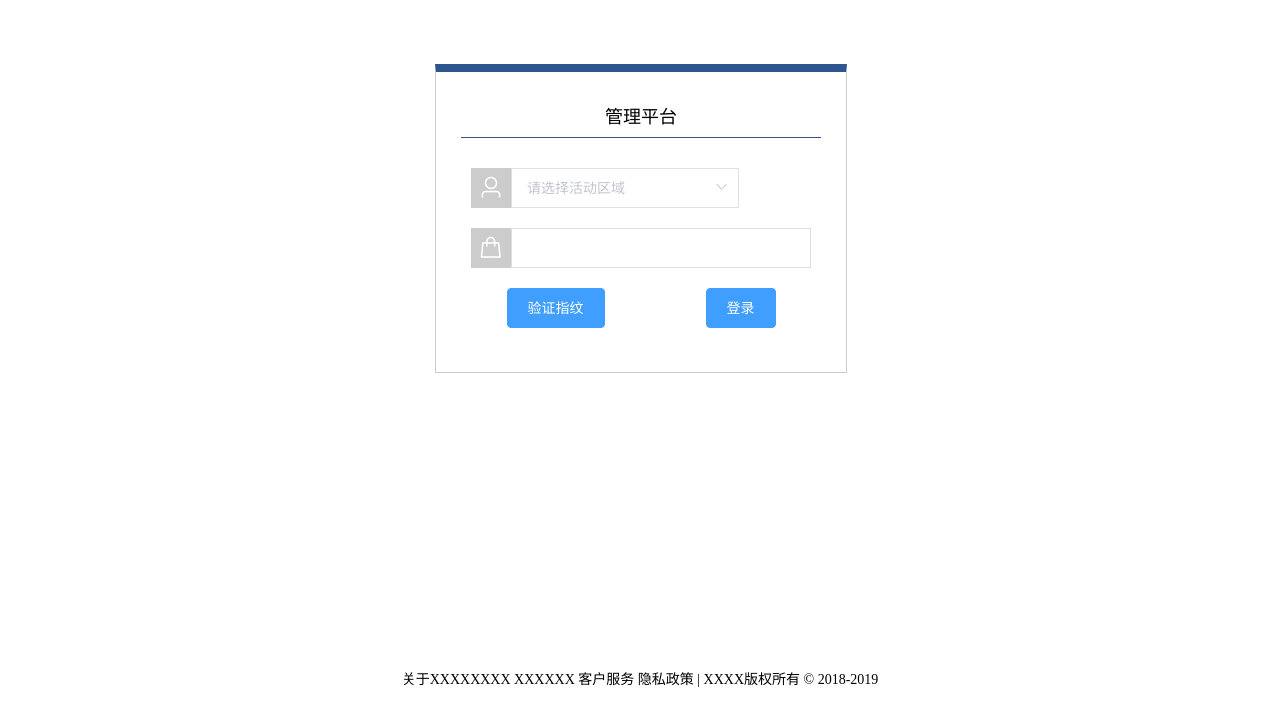
Repository: lff528/man_system
Page: /
The author's editor kept a copy of each file at every save. The page is drawn from the files as they stood at one save, then again after a run of saves.
The browser window is 1280 px wide. The pictures show the whole page.
The project was rebuilt for these pictures with package versions that can differ from the ones it lists, and the page was loaded fresh each time.

Above is the page before, as saved 2020-01-03 13:42:38.

### index.html
<!DOCTYPE html>
<html>
  <head>
    <meta charset="utf-8">
    <meta name="viewport" content="width=device-width,initial-scale=1.0">
    <title>emcsWebUI</title>
  </head>
  <body>
    <div id="app"></div>
    <!-- built files will be auto injected -->
  </body>
</html>

### src/main.js
// The Vue build version to load with the `import` command
// (runtime-only or standalone) has been set in webpack.base.conf with an alias.
import Vue from 'vue'
import App from './App'
import router from './router'
import ElementUI from 'element-ui';
import 'element-ui/lib/theme-chalk/index.css';
import "./assets/css/reset.css";
// import "./assets/css/iconfont.css"
Vue.use(ElementUI);
Vue.config.productionTip = false

/* eslint-disable no-new */
new Vue({
  el: '#app',
  router,
  components: { App },
  template: '<App/>'
})

### src/router/index.js
import Vue from 'vue'
import Router from 'vue-router'
import login from '@/components/login'
import routers from "../until/router"


Vue.use(Router)

let routerAll = {
  routes: [
    {
      path: '/',
      name: 'login',
      component: login
    },
    {
      path: '/main',
      name: 'main',
      component: resolve => require(['@/view/main'], resolve),
      children:[{
        path: '/',
        name: 'shouye',
        component: resolve => require(['@/view/main/shouye'], resolve),
      },
      {
        path: '/quanzhanzonglan',
        name: 'quanzhanzonglan',
        component: resolve => require(['@/view/footerNav/quanzhanzonglan'], resolve),
      },
      {
        path: '/quanzhanbaowen',
        name: 'quanzhanbaowen',
        component: resolve => require(['@/view/footerNav/quanzhanbaowen'], resolve),
      },
      {
        path: '/yuexianxinxi',
        name: 'yuexianxinxi',
        component: resolve => require(['@/view/footerNav/yuexianxinxi'], resolve),
      },
      {
        path: '/yichangshebei',
        name: 'yichangshebei',
        component: resolve => require(['@/view/footerNav/yichangshebei'], resolve),
      },
    ]
    }
  ]
}
routers.forEach((item=>{
  if(item.children){


  item.children.forEach((itemA)=>{
    routerAll.routes[1].children.push({
      path: itemA.path,
      name: itemA.name,
      component: itemA.component,
    })
  })
}
}))

// console.log(routerAll.routes[1].children)
const router = new Router(routerAll)


export default router

### src/assets/css/reset.css
html{
	color:#000;
	background:#FFF;
}
body, div, dl, dt, dd, ul, ol, li,h1, h2, h3, h4, h5, h6, pre, code,form, fieldset, legend, input, button,textarea, p, blockquote, th, td {
	margin: 0;
	padding: 0;
	font-size: 14px;
}
html,body{
	height: 100%;
	background-color: #0b2b4a;
}
fieldset, img{
	border:0;
}
input,select,textarea{
	outline:none;
}
textarea{
	resize:none;
}
a{
	text-decoration:none;
}
table {
	border-collapse:collapse;
	border-spacing:0;
}
address,
caption,
cite,
code,
dfn,
em,
strong,
th,
var {
	font-style:normal;
	font-weight:normal;
}

ol,
ul {
	list-style:none;
}
/*版心*/
.w {
	width: 1170px;
	margin: 0 auto;
}

/* 万能清除浮动*/
.clearfix{
	zoom:1;
}
.clearfix:after{
    content: '';
    display:block;
    clear:both;
}

.left {
	float: left;
}

.right {
	float: right;
}

### src/components/login/index.vue
<template>
  <div class="login">
     <div class="login_header" :style="{height:curHeight+'px'}">
       <div class="main">
           <p class="main_title">管理平台</p>
          <div class="from_box">
              <p class="user_p">
                <span class="el-icon-user"></span>
                <el-select v-model="form.name" placeholder="请选择活动区域">
                  <el-option label="区域一" value="shanghai"></el-option>
                  <el-option label="区域二" value="beijing"></el-option>
                </el-select>
              </p>
              <p class="user_p">
                <span class="el-icon-goods" style="width:45px"></span>
                <el-input v-model="form.password"></el-input>
              </p>
              <p>
                 <el-button type="primary"  @click="onSubmit">验证指纹</el-button>
                 <el-button type="primary" @click="onSubmit">登录</el-button>
              </p>
          </div>
       </div>

     </div>
     <p class="login_footer">关于XXXXXXXX XXXXXX 客户服务 隐私政策 | XXXX版权所有 © 2018-2019</p>
  </div>
</template>

<script>
export default {
  name: 'login',
  data () {
    return {
      curHeight:'',
      form:{
        name:'',
        password:''
      }
    }
  },
  methods:{
    onSubmit(){
      this.$router.push('/main');

    }
  },
  beforeMount(height) {
      var h = document.documentElement.clientHeight || document.body.clientHeight;
      this.curHeight =h - 80; //减去页面上固定高度height
  },
}
</script>

<!-- Add "scoped" attribute to limit CSS to this component only -->
<style >
 .login .el-input__inner{
    border-radius: 0;
  }

</style>
<style scoped lang="less">

  .login{
      .login_header{
        background: white;
        .main{
          width: 360px;
          height: 250px;
          border: 1px solid #ccc;
          position: relative;
          left: 50%;
          margin-left: -205px;
          top: 10%;
          padding: 25px;
          background: white;
          border-top: 8px solid #2e558e;
          .main_title{
            height: 40px;
            text-align: center;
            line-height: 40px;
            border-bottom: 1px solid #2e558e;
            font-size: 18px;
            font-family: "\5FAE\8F6F\96C5\9ED1"
          }
          .from_box{
            p{
              margin-top: 20px;
              display: flex;
              span:first-child{
                display: inline-block;
                width: 40px;
                height: 40px;
                background: #ccc;
                font-size: 25px;
                line-height: 40px;
                text-align: center;
                color: white;
              }

            }
            p:first-child{
              margin-top: 30px;
            }
            .user_p{
              margin-left: 10px;
              margin-right: 10px;
            }
            p:last-child{
              display: flex;
              justify-content: space-around;
            }
          }
        }
      }
      .login_footer{
        height: 80px;
        line-height: 80px;
        text-align: center;
        background: white;
      }
  }
</style>

### src/until/router.js
let routers = [

    {
        title:"消防系统",
        icon:"el-icon-menu",
        children:[
            {
              icon:"el-icon-menu",
                path: '/xiaofangjiankong',
                name: 'xiaofangjiankong',
                component: resolve => require(['@/view/xiaofang/xiaofangjiankong'], resolve),
                title:'消防监控'
              },
              {
                path: '/huozaibaojing',
                name: 'huozaibaojing',
                component: resolve => require(['@/view/xiaofang/huozaibaojing'], resolve),
                title:'火灾报警系统'
              },
              {
                path: '/qitimiehuo',
                name: 'qitimiehuo',
                component: resolve => require(['@/view/xiaofang/qitimiehuo'], resolve),
                title:'气体灭火系统'
              },
              {
                path: '/xiaohuoshuan',
                name: 'xiaohuoshuan',
                component: resolve => require(['@/view/xiaofang/xiaohuoshuan'], resolve),
                title:'消火栓系统'
              },
              {
                path: '/miehuoqipeizhi',
                name: 'miehuoqipeizhi',
                component: resolve => require(['@/view/xiaofang/miehuoqipeizhi'], resolve),
                title:'灭火器配置'
              },
              {
                path: '/yingjizhaoming',
                name: 'yingjizhaoming',
                component: resolve => require(['@/view/xiaofang/yingjizhaoming'], resolve),
                title:'应急照明及疏散指示灯系统'
              },
              {
                path: '/paizhuzhudan',
                name: 'paizhuzhudan',
                component: resolve => require(['@/view/xiaofang/paizhuzhudan'], resolve),
                title:'变压器排油注氮'
              },
              {
                path: '/shuipenwumiehuo',
                name: 'shuipenwumiehuo',
                component: resolve => require(['@/view/xiaofang/shuipenwumiehuo'], resolve),
                title:'变压器水喷雾灭火'
              }
        ]
    },
    {
        title:"安全防范",
        icon:"el-icon-menu",
        children:[
            {
                path: '/anquanfangfan',
                name: 'anquanfangfan',
                component: resolve => require(['@/view/anquanfangfan/anquanfangfan'], resolve),
                title:'安全防范系统'
              },
              {
                path: '/binadianzhanZj',
                name: 'binadianzhanZj',
                component: resolve => require(['@/view/anquanfangfan/binadianzhanZj'], resolve),
                title:'变电站周界系统'
              },
              {
                path: '/shineihongwaiSj',
                name: 'shineihongwaiSj',
                component: resolve => require(['@/view/anquanfangfan/shineihongwaiSj'], resolve),
                title:'室内红外双鉴系统'
              },
              {
                path: '/menjinkongzhi',
                name: 'menjinkongzhi',
                component: resolve => require(['@/view/anquanfangfan/menjinkongzhi'], resolve),
                title:'门禁控制系统'
              },
              {
                path: '/menjinjilu',
                name: 'menjinjilu',
                component: resolve => require(['@/view/anquanfangfan/menjinjilu'], resolve),
                title:'门禁记录系统'
              },

        ]
    },
    {
      title:"在线监测",
      icon:"el-icon-menu",
      children:[
          {
              path: '/zaixianjiance',
              name: 'zaixianjiance',
              component: resolve => require(['@/view/zaixianjiance/zaixianjiance'], resolve),
              title:'在线监测主界面'
            },
            {
              path: '/yousepu',
              name: 'yousepu',
              component: resolve => require(['@/view/zaixianjiance/yousepu'], resolve),
              title:'油色谱在线监测'
            },
            {
              path: '/zhubianjufang',
              name: 'zhubianjufang',
              component: resolve => require(['@/view/zaixianjiance/zhubianjufang'], resolve),
              title:'主变局放在线监测'
            },
            {
              path: '/GISjufang',
              name: 'GISjufang',
              component: resolve => require(['@/view/zaixianjiance/GISjufang'], resolve),
              title:'GIS局放在线监测'
            },
            {
              path: '/bileiqi',
              name: 'bileiqi',
              component: resolve => require(['@/view/zaixianjiance/bileiqi'], resolve),
              title:'避雷器在线监测'
            },
            {
              path: '/GISqishi',
              name: 'GISqishi',
              component: resolve => require(['@/view/zaixianjiance/GISqishi'], resolve),
              title:'GIS气室SF6压力监测'
            },
            {
              path: '/shineiSF6qiti',
              name: 'shineiSF6qiti',
              component: resolve => require(['@/view/zaixianjiance/shineiSF6qiti'], resolve),
              title:'室内SF6气体泄漏监测'
            },

      ]
    },
    {
      title:"给排水系统",
      icon:"el-icon-menu",
      children:[
          {
              path: '/jipaishui',
              name: 'jipaishui',
              component: resolve => require(['@/view/jipaishui/jipaishui'], resolve),
              title:'给排水系统主界面'
            },
            {
              path: '/jishui',
              name: 'jishui',
              component: resolve => require(['@/view/jipaishui/jishui'], resolve),
              title:'给水系统'
            },
            {
              path: '/paishui',
              name: 'paishui',
              component: resolve => require(['@/view/jipaishui/paishui'], resolve),
              title:'排水系统'
            },
            {
              path: '/yuzhishezhi',
              name: 'yuzhishezhi',
              component: resolve => require(['@/view/jipaishui/yuzhishezhi'], resolve),
              title:'阈值设置'
            },
      ]
    },
    {
      title:"环境监控",
      icon:"el-icon-menu",
      children:[
          {
              path: '/huanjingjiankong',
              name: 'huanjingjiankong',
              component: resolve => require(['@/view/huanjingjiankong/huanjingjiankong'], resolve),
              title:'环境监控系统'
            },
            {
              path: '/kongtiaonuantong',
              name: 'kongtiaonuantong',
              component: resolve => require(['@/view/huanjingjiankong/kongtiaonuantong'], resolve),
              title:'空调暖通系统'
            },
            {
              path: '/shengchanzonghelou',
              name: 'shengchanzonghelou',
              component: resolve => require(['@/view/huanjingjiankong/shengchanzonghelou'], resolve),
              title:'生产综合楼'
            },
            {
              path: '/zhanquqixiang',
              name: 'zhanquqixiang',
              component: resolve => require(['@/view/huanjingjiankong/zhanquqixiang'], resolve),
              title:'站区气象'
            },

      ]
    },
    {
      title:"照明控制",
      icon:"el-icon-menu",
      children:[
          {
              path: '/zhaomingkongzhi',
              name: 'zhaomingkongzhi',
              component: resolve => require(['@/view/zhaomingkongzhi/zhaomingkongzhi'], resolve),
              title:'照明控制系统'
            },
            {
              path: '/shengchanzonghelou',
              name: 'shengchanzonghelou',
              component: resolve => require(['@/view/zhaomingkongzhi/shengchanzonghelou'], resolve),
              title:'生产综合楼系统'
            },
      ]
    },
    {
      title:"智能联动",
      icon:"el-icon-menu",
      children:[
          {
              path: '/liandongpeizhi',
              name: 'liandongpeizhi',
              component: resolve => require(['@/view/zhinengliandong/liandongpeizhi'], resolve),
              title:'联动配置'
            },
            {
              path: '/liandongxinxi',
              name: 'liandongxinxi',
              component: resolve => require(['@/view/zhinengliandong/liandongxinxi'], resolve),
              title:'联动信息'
            },
      ]
    },
    {
      title:"智能锁控",
      icon:"el-icon-menu",
      children:[
          {
            path: '/zhinengsuokong',
            name: 'zhinengsuokong',
            component: resolve => require(['@/view/zhinengsuokong/zhinengsuokong'], resolve),
            title:'智能锁控首页'
          },
          {
            path: '/renwushouquan',
            name: 'renwushouquan',
            component: resolve => require(['@/view/zhinengsuokong/renwushouquan'], resolve),
            title:'任务授权'
          },
          {
            path: '/lishichaxun',
            name: 'lishichaxun',
            component: resolve => require(['@/view/zhinengsuokong/lishichaxun'], resolve),
            title:'历史查询'
          },
          {
            path: '/suokongquanxianshezhi',
            name: 'suokongquanxianshezhi',
            component: resolve => require(['@/view/zhinengsuokong/suokongquanxianshezhi'], resolve),
            title:'锁控权限设置'
          }
      ]
    },
    {
      title:"系统配置",
      icon:"el-icon-menu",
      children:[
          {
            path: '/yonghuguanli',
            name: 'yonghuguanli',
            component: resolve => require(['@/view/xitongpeizhi/yonghuguanli'], resolve),
            title:'用户管理'
          },
          {
            path: '/caidanguanli',
            name: 'caidanguanli',
            component: resolve => require(['@/view/xitongpeizhi/caidanguanli'], resolve),
            title:'菜单管理'
          },
          {
            path: '/jueseguanli',
            name: 'jueseguanli',
            component: resolve => require(['@/view/xitongpeizhi/jueseguanli'], resolve),
            title:'角色管理'
          },
          {
            path: '/zuzhijiagou',
            name: 'zuzhijiagou',
            component: resolve => require(['@/view/xitongpeizhi/zuzhijiagou'], resolve),
            title:'组织架构管理'
          },
          {
            path: '/zhanduanweihu',
            name: 'zhanduanweihu',
            component: resolve => require(['@/view/xitongpeizhi/zhanduanweihu'], resolve),
            title:'站端维护'
          },
          {
            path: '/quyuguanli',
            name: 'quyuguanli',
            component: resolve => require(['@/view/xitongpeizhi/quyuguanli'], resolve),
            title:'区域管理'
          },
          {
            path: '/shebeiguanli',
            name: 'shebeiguanli',
            component: resolve => require(['@/view/xitongpeizhi/shebeiguanli'], resolve),
            title:'设备管理'
          },
          {
            path: '/shebeishujumoban',
            name: 'shebeishujumoban',
            component: resolve => require(['@/view/xitongpeizhi/shebeishujumoban'], resolve),
            title:'设备数据模板配置'
          },
          {
            path: '/shebeibushu',
            name: 'shebeibushu',
            component: resolve => require(['@/view/xitongpeizhi/shebeibushu'], resolve),
            title:'设备部署'
          },
          {
            path: '/xitongshezhi',
            name: 'xitongshezhi',
            component: resolve => require(['@/view/xitongpeizhi/xitongshezhi'], resolve),
            title:'系统设置'
          }
      ]
    }
]
export default routers

Loaded but not shown: src/App.vue (common file)

After the next 2 saves:
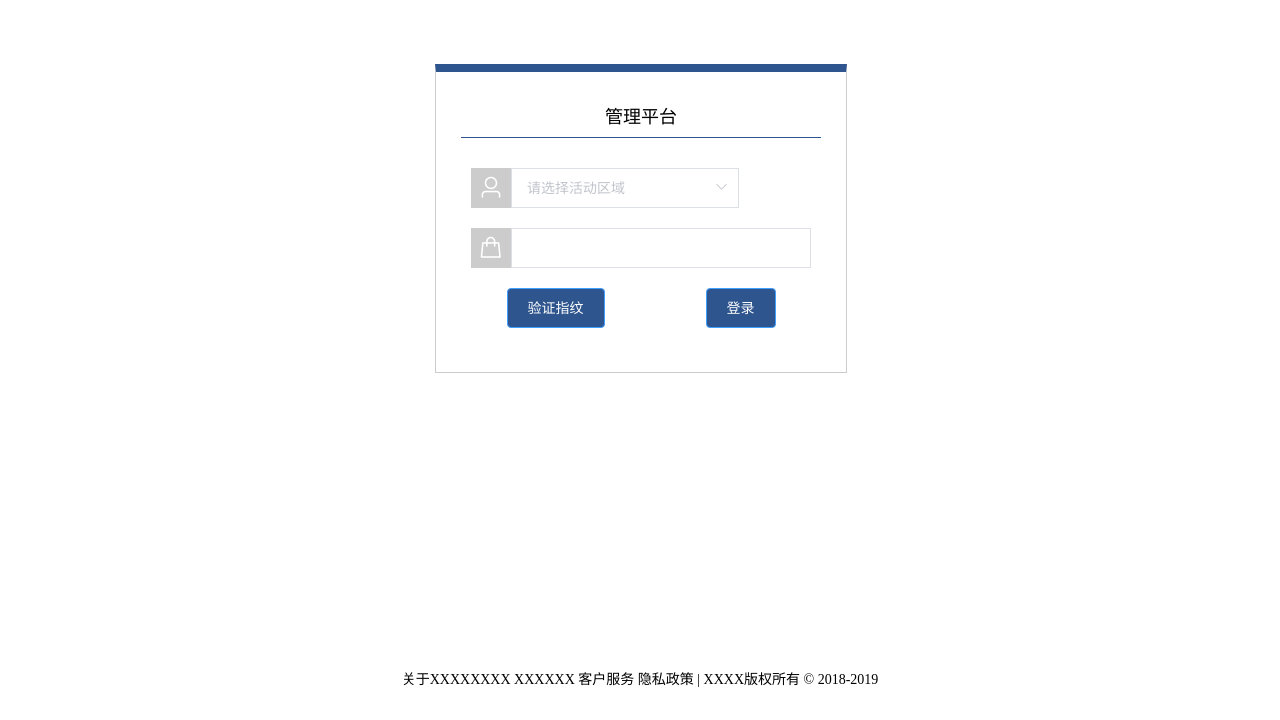
The 2 saves are shown as one change because they came seconds apart.
The last was saved 49 s later.
--- a/src/components/login/index.vue
+++ b/src/components/login/index.vue
@@ -56,6 +56,9 @@ export default {
 <style >
  .login .el-input__inner{
     border-radius: 0;
+  }
+  .login .el-button--primary{
+    background: #2e558e;
   }
 
 </style>
